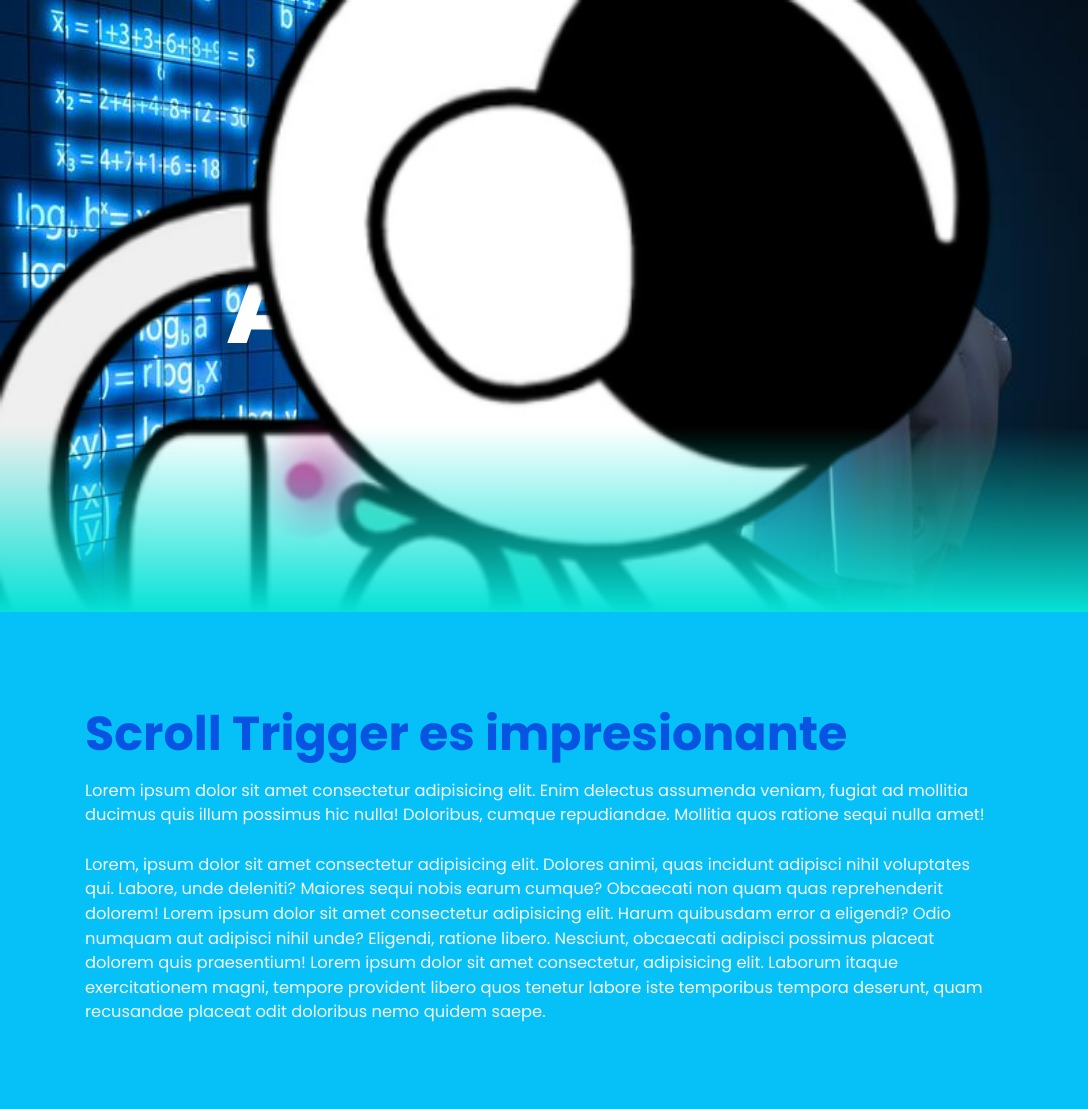
Repository: IvanHernandezMuro/Astro-Scroll
Page: index.html
The author's editor kept a copy of each file at every save. The page is drawn from the files as they stood at one save, then again after the next save.
The browser window is 1280 px wide. The pictures show the whole page, at 85% of full size.
Some web libraries are served in a nearby version.

Above is the page before, as saved 2023-06-03 23:33:29.

### index.html
<!DOCTYPE html>
<html lang="es">

	<head>
		<meta charset="UTF-8" />
		<meta http-equiv="X-UA-Compatible" content="IE=edge" />
		<meta name="viewport" content="width=device-width, initial-scale=1.0" />
		<title>Astro Scroll</title>
		<link rel="stylesheet" href="/styles/style.css" />
	</head>

	<body>
		<main>
			<section>
				<img src="./img/found.jpg" id="bg" />
				<h2 id="text">Astro Scroll</h2>
				<img src="./img/bem-removebg-preview.png" id="ball" class="pokeball" />
			</section>
			<div class="sec">
				<div class="content">
					<h2>Scroll Trigger es impresionante</h2>
					<p>
						Lorem ipsum dolor sit amet consectetur adipisicing elit. Enim
						delectus assumenda veniam, fugiat ad mollitia ducimus quis illum
						possimus hic nulla! Doloribus, cumque repudiandae. Mollitia quos
						ratione sequi nulla amet! <br /><br />
						Lorem, ipsum dolor sit amet consectetur adipisicing elit. Dolores
						animi, quas incidunt adipisci nihil voluptates qui. Labore, unde
						deleniti? Maiores sequi nobis earum cumque? Obcaecati non quam quas
						reprehenderit dolorem! Lorem ipsum dolor sit amet consectetur
						adipisicing elit. Harum quibusdam error a eligendi? Odio numquam aut
						adipisci nihil unde? Eligendi, ratione libero. Nesciunt, obcaecati
						adipisci possimus placeat dolorem quis praesentium! Lorem ipsum
						dolor sit amet consectetur, adipisicing elit. Laborum itaque
						exercitationem magni, tempore provident libero quos tenetur labore
						iste temporibus tempora deserunt, quam recusandae placeat odit
						doloribus nemo quidem saepe.
					</p>
				</div>
			</div>
		</main>
		<div id="lastray" class="element"></div>
		<script src="https://cdnjs.cloudflare.com/ajax/libs/gsap/3.3.1/gsap.min.js"></script>
		<script src="https://cdnjs.cloudflare.com/ajax/libs/gsap/3.3.1/ScrollTrigger.min.js"></script>
		<script src="/scripts/script.js"></script>
	</body>

</html>

### styles/style.css
@import "https://fonts.googleapis.com/css?family=Poppins:300,400,500,600,700,800,900&display=swap";
:root {
	--main-color: #10e8f7;
	--main-color-dark: #fa5514;
	--ray-color: #1161f5;
	--spark-color: #1f35f5;
	--back-color: #2e05e4;
}

* {
	margin: 0;
	padding: 0;
	box-sizing: border-box;
	font-family: "Poppins", sans-serif;
}

body {
	background: var(--back-color);
}

main {
	transition: 0.8s;
	background: #06c0f8;
}
main section {
	position: relative;
	width: 100%;
	height: 100vh;
	overflow: hidden;
	display: flex;
	justify-content: center;
	align-items: center;
	transition: 0.8s;
}
main section:before {
	content: "";
	position: absolute;
	bottom: 0;
	width: 100%;
	height: 218px;
	background: linear-gradient(to top, #07e2d7, transparent);
	z-index: 1;
}
main section img {
	position: absolute;
	top: 0;
	left: 0;
	width: 100%;
	height: 100%;
	-o-object-fit: cover;
	object-fit: cover;
	pointer-events: none;
}
main section .ball {
	height: 60vh;
	top: 63%;
	-o-object-fit: contain;
	object-fit: contain;
}
main section #text {
	position: relative;
	color: #fff;
	font-size: 10vw;
}
main .sec {
	position: relative;
	min-height: 500px;
	padding: 100px;
}
main .sec .content {
	position: relative;
	z-index: 2;
}
main .sec .content h2 {
	font-size: 3.5em;
	margin-bottom: 10px;
	color: #0754e2;
}
main .sec .content p {
	font-size: 1.2em;
	color: #f5f7f8;
}

### scripts/script.js
gsap.to("#bg", {
    scrollTrigger: {
      scrub: 1,
    },
    scale: 1.5,
  });
  gsap.to("#ball", {
    scrollTrigger: {
      scrub: 1,
    },
    scale: 0.5,
  });

  gsap.to("#text", {
    scrollTrigger: {
      scrub: 1,
    },
    y: 500,
  });

After the next save:
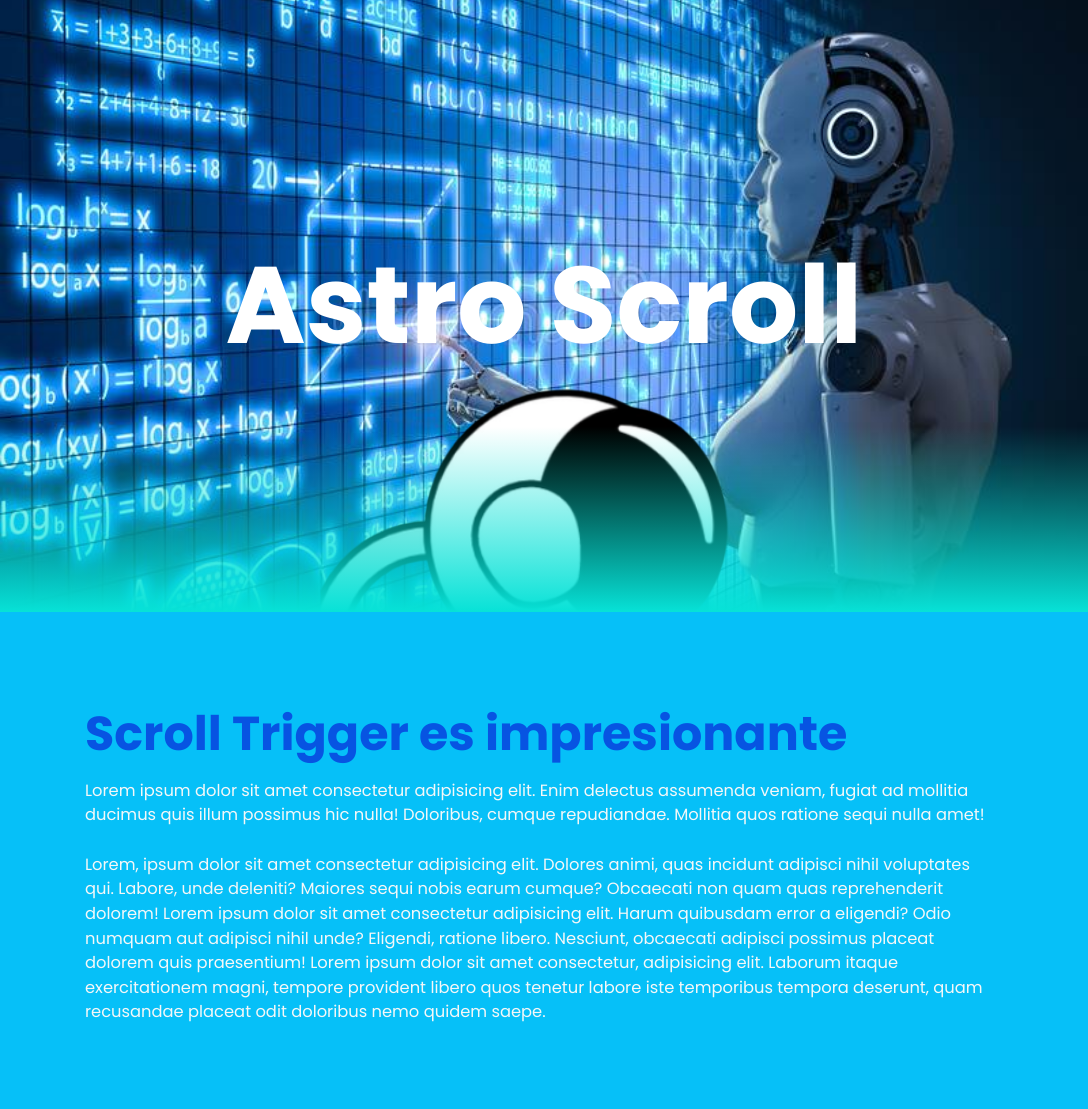
Saved 15 min 24 s later.
--- a/index.html
+++ b/index.html
@@ -14,7 +14,7 @@
 			<section>
 				<img src="./img/found.jpg" id="bg" />
 				<h2 id="text">Astro Scroll</h2>
-				<img src="./img/bem-removebg-preview.png" id="ball" class="pokeball" />
+				<img src="./img/bem-removebg-preview.png" id="ball" class="ball" />
 			</section>
 			<div class="sec">
 				<div class="content">
